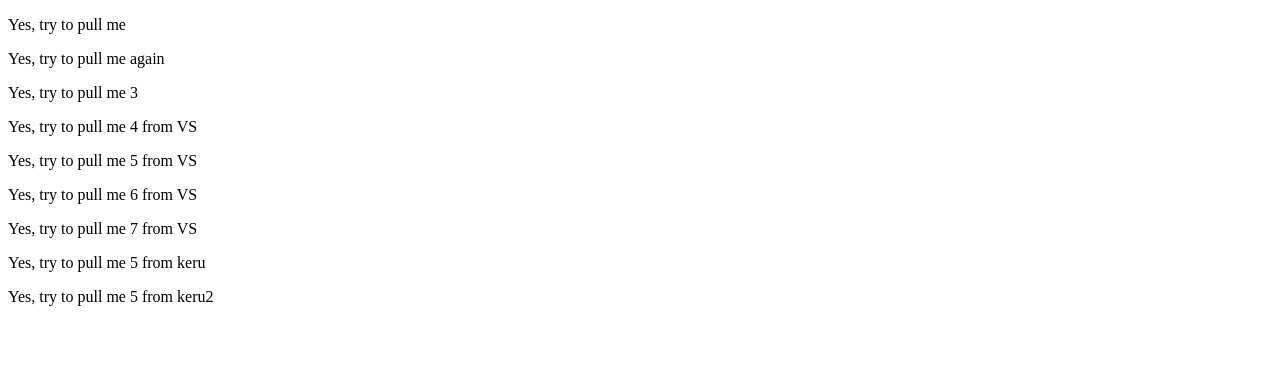
Repository: kerudai/julTest
Page: ignore.html
The author's editor kept a copy of each file at every save. The page is drawn from the files as they stood at one save, then again after the next save.
The browser window is 1280 px wide. The pictures show the whole page.

Above is the page before, as saved 2020-07-27 22:44:04.

After the next save:
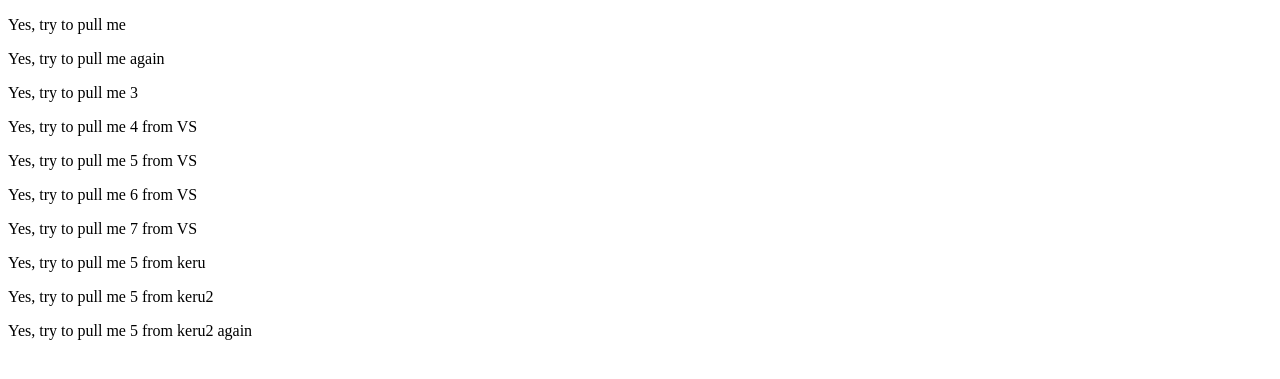
Saved 2 min 48 s later.
--- a/ignore.html
+++ b/ignore.html
@@ -15,5 +15,6 @@
     <p>Yes, try to pull me 7 from VS</p>
     <p>Yes, try to pull me 5 from keru</p>
     <p>Yes, try to pull me 5 from keru2</p>
+    <p>Yes, try to pull me 5 from keru2 again</p>
 </body>
 </html>
